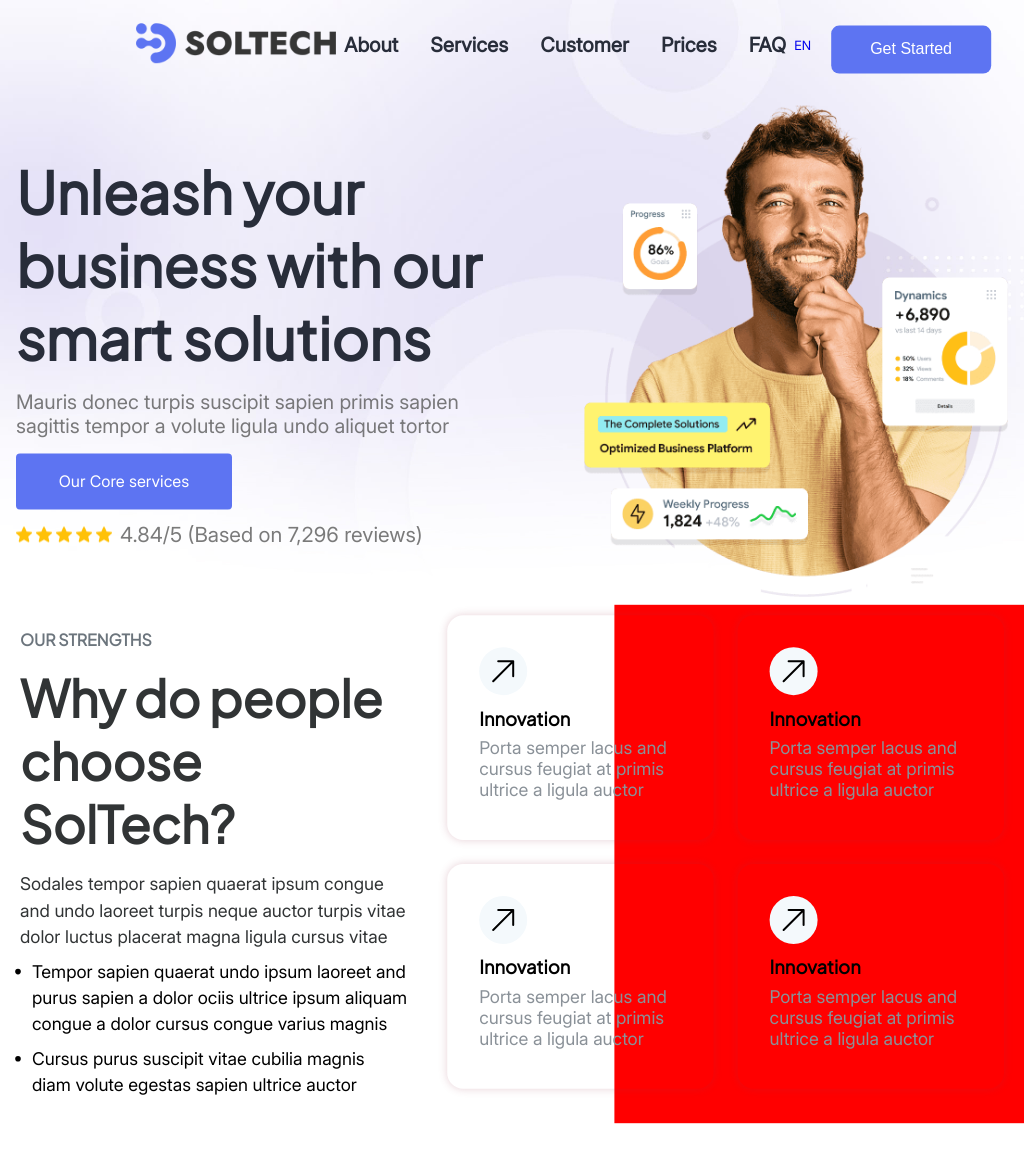
Repository: md-rabbi-hossain/Soltech-html
Page: index.html
These files come from the project's save history. The page is drawn as it stood at one moment and after the next save; the edit follows.
The browser window is 1280 px wide. The pictures show the whole page, at 80% of full size.

Above is the page before, as saved 2025-01-10 02:47:31.

After the next save:
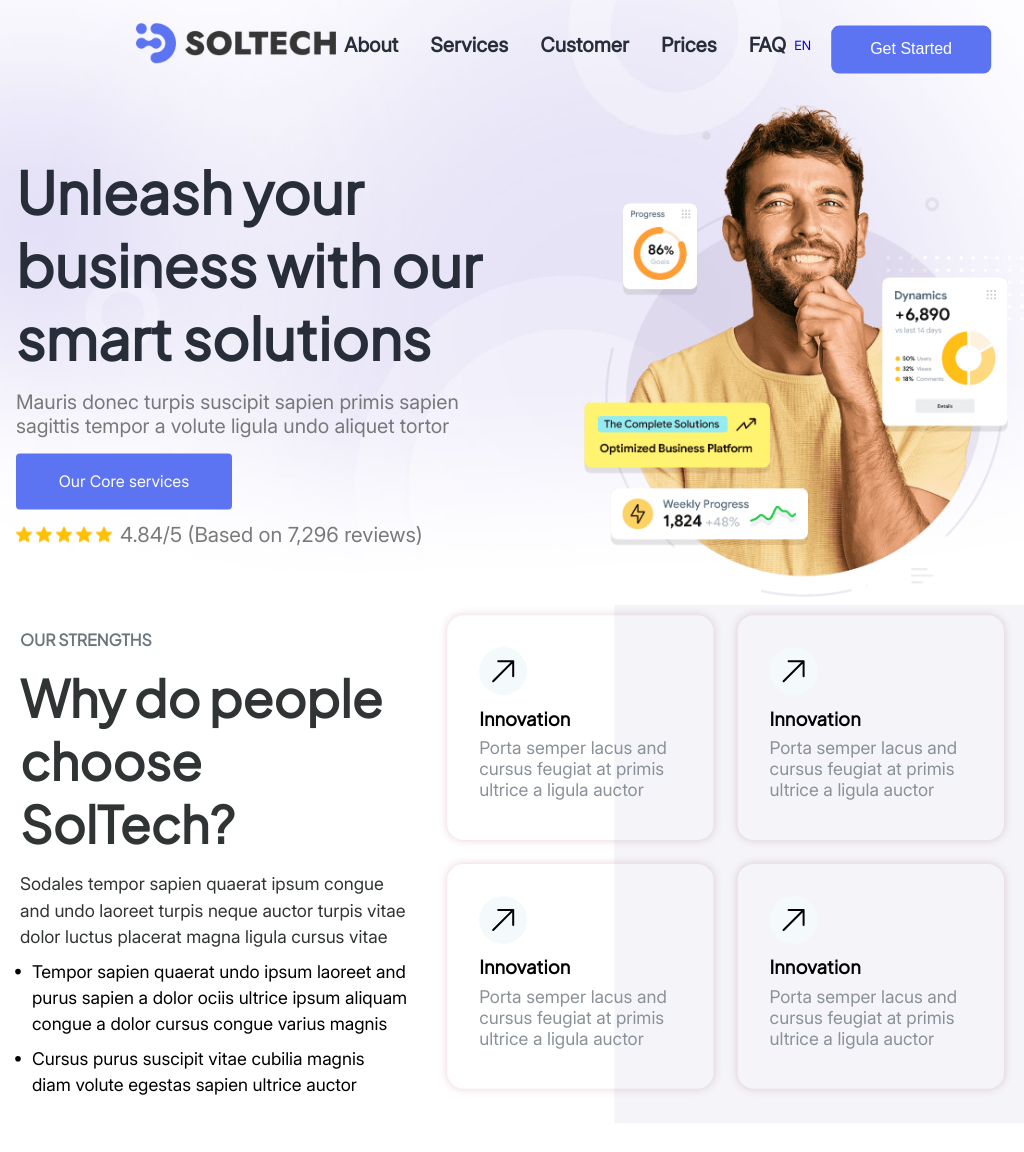
Saved 27 s later.
--- a/Css/style.css
+++ b/Css/style.css
@@ -233,7 +233,7 @@ section.main-container.cta-section::after {
   right: 0; /* Stick it to the right side */
   height: 90%; /* Full height of the section */
   width: 40%; /* Adjust width as needed */
-  background: red;
+  background: #f4f4f9;
   z-index: -1; /* Place behind content */
 }
 .introduction-parent {
